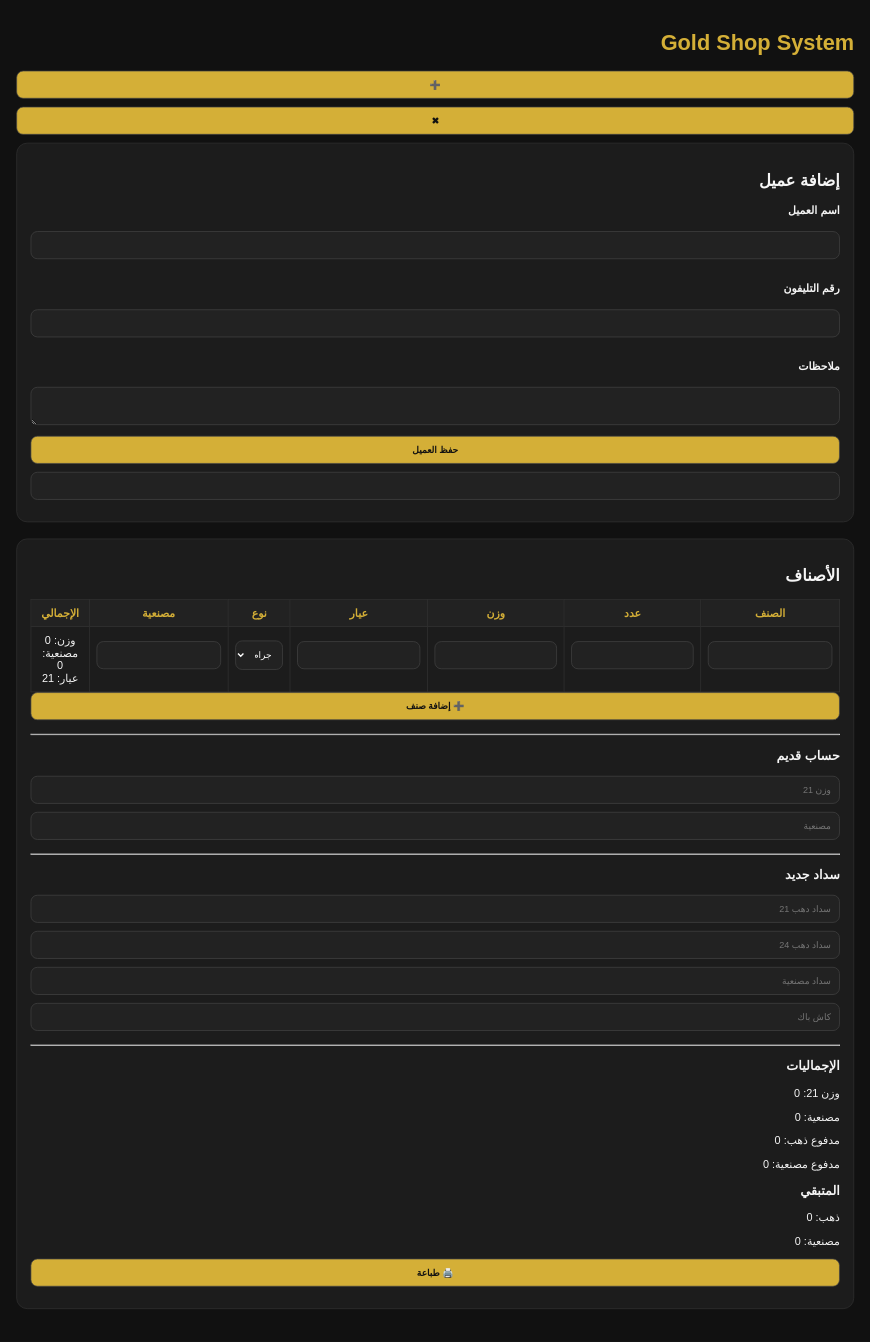
Repository: erineehab27/gold-shop
Page: /, after clicking the first element matching `button`
An editor plug-in stored every save of this project. The page is shown before and after a run of saves, followed by the edit.
The browser window is 1280 px wide. The pictures show the whole page, at 68% of full size.
The project was rebuilt for these pictures with package versions that can differ from the ones it lists, and the page was loaded fresh each time. Also part of the build but not shown: vite.config.js, src/printpage.jsx.

Above is the page before, as saved 2026-05-11 12:47:39.

After the next 2 saves:
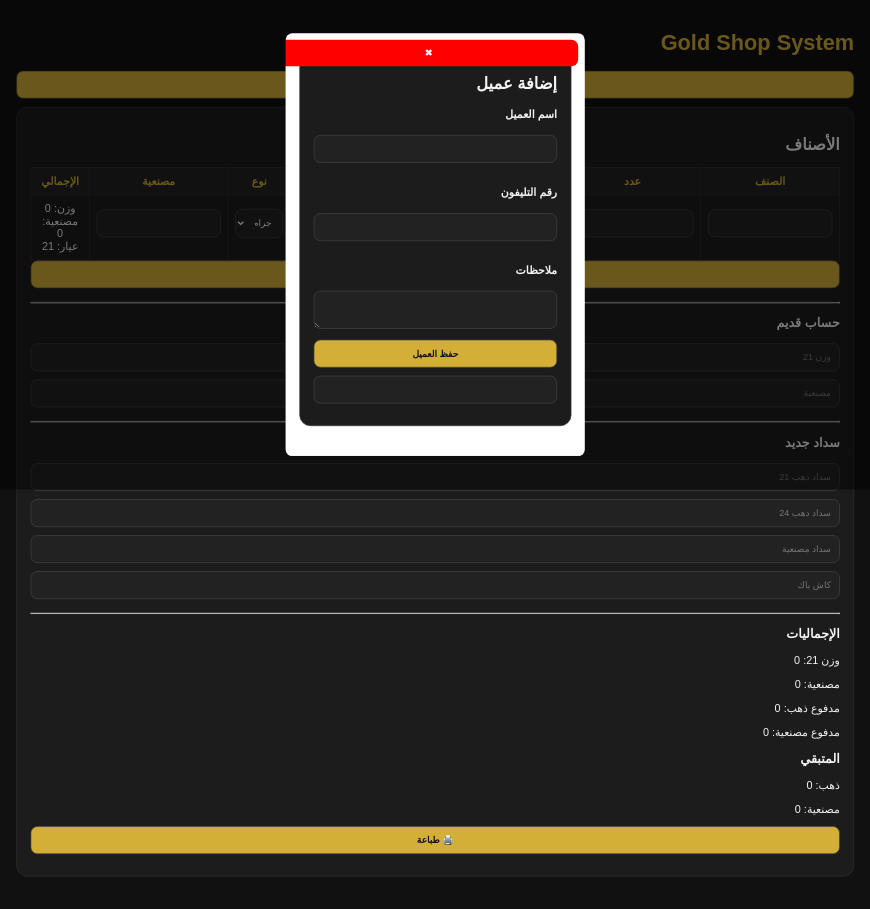
The 2 saves are shown as one change because they came seconds apart.
The last was saved 23 s later.
--- a/src/App.css
+++ b/src/App.css
@@ -97,3 +97,37 @@ th {
 .credit {
   color: #4ade80;
 }
+
+.modal-overlay {
+  position: fixed;
+  top: 0;
+  left: 0;
+  width: 100%;
+  height: 100%;
+  background: rgba(0,0,0,0.5);
+
+  display: flex;
+  align-items: center;
+  justify-content: center;
+  z-index: 999;
+}
+
+.modal {
+  background: white;
+  padding: 20px;
+  border-radius: 10px;
+  width: 400px;
+  max-height: 90vh;
+  overflow-y: auto;
+  position: relative;
+}
+
+.close {
+  position: absolute;
+  top: 10px;
+  right: 10px;
+  background: red;
+  color: white;
+  border: none;
+  cursor: pointer;
+}
